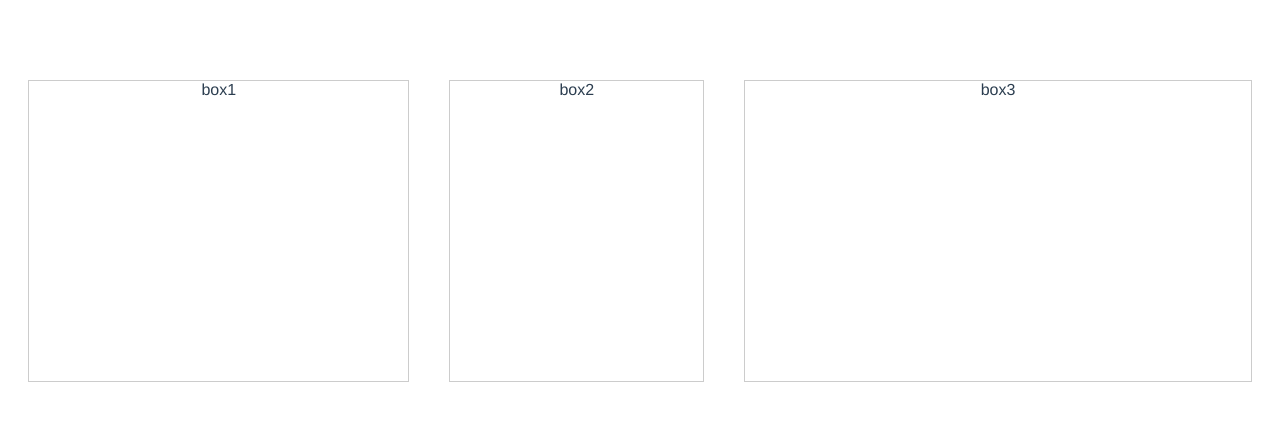
Repository: lykia123/myExample
Page: /#/flex
An editor plug-in stored every save of this project. The page is shown before and after the next save, followed by the edit.
The browser window is 1280 px wide. The pictures show the whole page.
The project was rebuilt for these pictures with package versions that can differ from the ones it lists, and the page was loaded fresh each time. Also part of the build but not shown: src/components/HelloWorld.vue.

Above is the page before, as saved 2019-07-15 16:12:14.

### src/router/index.js
import Vue from 'vue'
import Router from 'vue-router'
import HelloWorld from '@/components/HelloWorld'
import flex from '@/components/flex'

Vue.use(Router)

export default new Router({
  routes: [
    {
      path: '/',
      name: 'HelloWorld',
      component: HelloWorld
    },
    {
      path: '/flex',
      name: 'flex',
      component: flex
    }
  ]
})

### src/components/flex.vue
<template>
    <div class="flex-containter">
        <div class="flex-item item-one">box1</div>
        <div class="flex-item">box2</div>
        <div class="flex-item item-three">box3</div>
    </div>
</template>
<script>
export default {
  name: 'flex'
}
</script>
<style lang="stylus" scoped>
.flex-containter {
    display: flex
    flex-direction row
    justify-content center
}
.flex-item {
    height 300px
    width 20%
    border 1px solid #ccc
    margin 20px
}
.item-one {
    width 30%
}
.item-three {
    width 40%
}
</style>

Loaded but not shown: index.html (common file); src/main.js (common file); src/App.vue (common file)

After the next save:
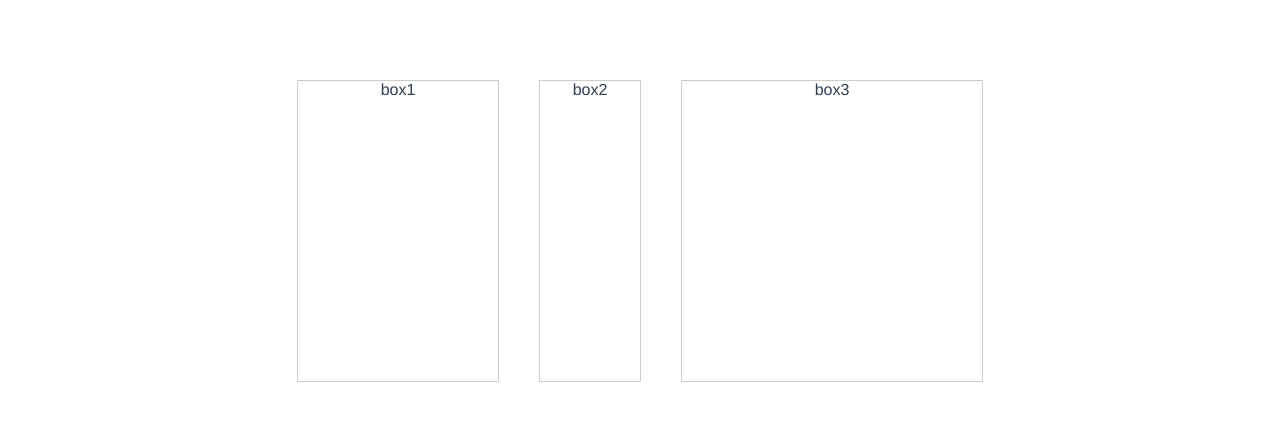
Saved 73 s later.
--- a/src/components/flex.vue
+++ b/src/components/flex.vue
@@ -18,14 +18,14 @@
 }
 .flex-item {
     height 300px
-    width 20%
+    width 100px
     border 1px solid #ccc
     margin 20px
 }
 .item-one {
-    width 30%
+    width 200px
 }
 .item-three {
-    width 40%
+    width 300px
 }
 </style>
